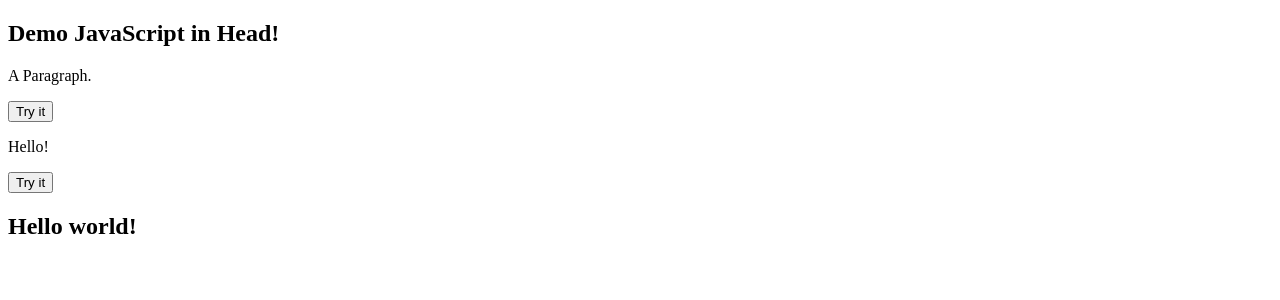
Repository: gautamsonam011/JS-Course
Page: paragraphchanged.html
These files come from the project's save history. The page is drawn as it stood at one moment and after the next save; the edit follows.
The browser window is 1280 px wide. The pictures show the whole page.

Above is the page before, as saved 2025-05-09 14:01:38.
Console error: TypeError: Cannot set properties of null (setting 'innerHTML')

After the next save:
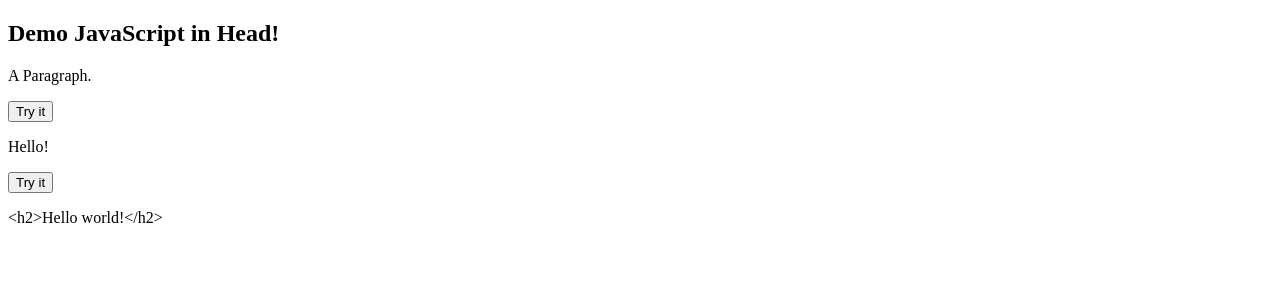
Saved 65 s later.
--- a/paragraphchanged.html
+++ b/paragraphchanged.html
@@ -29,6 +29,7 @@
     <p id="tag"></p>
     <script>
         document.getElementById("tag").innerHTML = "<h2>Hello world!</h2>"
+        document.getElementById("tag").innerText = "<h2>Hello world!</h2>"
     </script>
 </body>
 </html>
